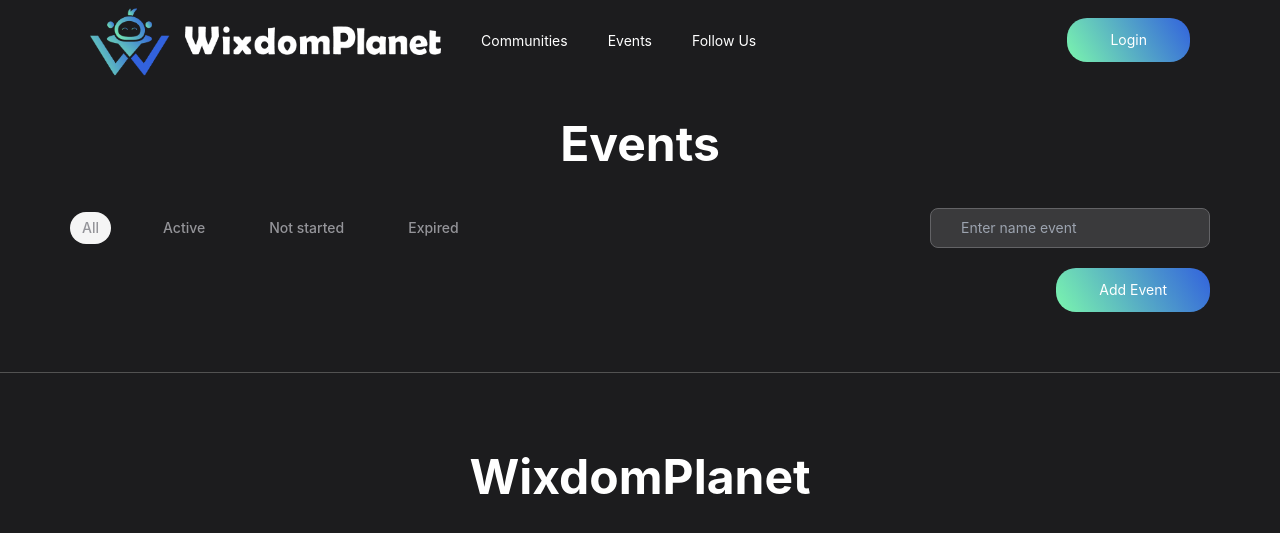
Repository: haudnn/WixdomPlanet-demo
Page: /
An editor plug-in stored every save of this project. The page is shown before and after the next save, followed by the edit.
The browser window is 1280 px wide. The pictures show the whole page.
The project was rebuilt for these pictures with package versions that can differ from the ones it lists, and the page was loaded fresh each time. Also part of the build but not shown: vite.config.js, src/features/Event/page/AddEvent.jsx, src/features/Event/components/EventItem.jsx.

Above is the page before, as saved 2023-02-04 14:47:51.

### src/App.jsx
import "./App.css";
import { BrowserRouter } from "react-router-dom";
import Header from "./components/Layout/Header";
import RoutesConfig from "./config/RoutesConfig";
import Footer from "./components/Layout/Footer";
function App() {
  return (
    <div className="App bg-[#1c1c1e] min-h-screen">
      <BrowserRouter>
        <Header />
        <RoutesConfig/>
        <Footer/>
      </BrowserRouter>
    </div>
  );
}

export default App;

### src/index.css
@tailwind base;
@tailwind components;
@tailwind utilities;

:root {
  font-family: Inter, system-ui, Avenir, Helvetica, Arial, sans-serif;
}

### src/App.css
.active {
    background-color:#f5f5f5 ;
    border-radius: 100px;
    color: #525252;
}
.grid {
    width: 100% !important;
    display: block !important;
    padding: 0;
}

.grid.wide {
    max-width: 1200px;
    margin: 0 auto;
}

.row {
    display: flex;
    flex-wrap: wrap;
    margin-left: -4px;
    margin-right: -4px;
}

.row.no-gutters {
    margin-left: 0;
    margin-right: 0;
}

.col {
    padding-left: 4px;
    padding-right: 4px;
}

.row.no-gutters .col {
    padding-left: 0;
    padding-right: 0;
}

.c-0 {
    display: none;
}

.c-1 {
    flex: 0 0 8.33333%;
    max-width: 8.33333%;
}

.c-2 {
    flex: 0 0 16.66667%;
    max-width: 16.66667%;
}

.c-3 {
    flex: 0 0 25%;
    max-width: 25%;
}

.c-4 {
    flex: 0 0 33.33333%;
    max-width: 33.33333%;
}

.c-5 {
    flex: 0 0 41.66667%;
    max-width: 41.66667%;
}

.c-6 {
    flex: 0 0 50%;
    max-width: 50%;
}

.c-7 {
    flex: 0 0 58.33333%;
    max-width: 58.33333%;
}

.c-8 {
    flex: 0 0 66.66667%;
    max-width: 66.66667%;
}

.c-9 {
    flex: 0 0 75%;
    max-width: 75%;
}

.c-10 {
    flex: 0 0 83.33333%;
    max-width: 83.33333%;
}

.c-11 {
    flex: 0 0 91.66667%;
    max-width: 91.66667%;
}

.c-12 {
    flex: 0 0 100%;
    max-width: 100%;
}

.c-o-1 {
    margin-left: 8.33333%;
}

.c-o-2 {
    margin-left: 16.66667%;
}

.c-o-3 {
    margin-left: 25%;
}

.c-o-4 {
    margin-left: 33.33333%;
}

.c-o-5 {
    margin-left: 41.66667%;
}

.c-o-6 {
    margin-left: 50%;
}

.c-o-7 {
    margin-left: 58.33333%;
}

.c-o-8 {
    margin-left: 66.66667%;
}

.c-o-9 {
    margin-left: 75%;
}

.c-o-10 {
    margin-left: 83.33333%;
}

.c-o-11 {
    margin-left: 91.66667%;
}

/* >= Tablet */
@media (min-width: 740px) {
    .row {
        margin-left: -8px;
        margin-right: -8px;
    }

    .col {
        padding-left: 8px;
        padding-right: 8px;
    }

    .m-0 {
        display: none;
    }

    .m-1,
    .m-2,
    .m-3,
    .m-4,
    .m-5,
    .m-6,
    .m-7,
    .m-8,
    .m-9,
    .m-10,
    .m-11,
    .m-12 {
        display: block;
    }

    .m-1 {
        flex: 0 0 8.33333%;
        max-width: 8.33333%;
    }

    .m-2 {
        flex: 0 0 16.66667%;
        max-width: 16.66667%;
    }

    .m-3 {
        flex: 0 0 25%;
        max-width: 25%;
    }

    .m-4 {
        flex: 0 0 33.33333%;
        max-width: 33.33333%;
    }

    .m-5 {
        flex: 0 0 41.66667%;
        max-width: 41.66667%;
    }

    .m-6 {
        flex: 0 0 50%;
        max-width: 50%;
    }

    .m-7 {
        flex: 0 0 58.33333%;
        max-width: 58.33333%;
    }

    .m-8 {
        flex: 0 0 66.66667%;
        max-width: 66.66667%;
    }

    .m-9 {
        flex: 0 0 75%;
        max-width: 75%;
    }

    .m-10 {
        flex: 0 0 83.33333%;
        max-width: 83.33333%;
    }

    .m-11 {
        flex: 0 0 91.66667%;
        max-width: 91.66667%;
    }

    .m-12 {
        flex: 0 0 100%;
        max-width: 100%;
    }

    .m-o-1 {
        margin-left: 8.33333%;
    }

    .m-o-2 {
        margin-left: 16.66667%;
    }

    .m-o-3 {
        margin-left: 25%;
    }

    .m-o-4 {
        margin-left: 33.33333%;
    }

    .m-o-5 {
        margin-left: 41.66667%;
    }

    .m-o-6 {
        margin-left: 50%;
    }

    .m-o-7 {
        margin-left: 58.33333%;
    }

    .m-o-8 {
        margin-left: 66.66667%;
    }

    .m-o-9 {
        margin-left: 75%;
    }

    .m-o-10 {
        margin-left: 83.33333%;
    }

    .m-o-11 {
        margin-left: 91.66667%;
    }
}

/* PC medium resolution > */
@media (min-width: 1113px) {
    .row {
        margin-left: -12px;
        margin-right: -12px;
    }

    .row.sm-gutter {
        margin-left: -5px;
        margin-right: -5px;
    }

    .col {
        padding-left: 12px;
        padding-right: 12px;
    }

    .row.sm-gutter .col {
        padding-left: 5px;
        padding-right: 5px;
    }

    .l-0 {
        display: none;
    }

    .l-1,
    .l-2,
    .l-2-4,
    .l-3,
    .l-4,
    .l-5,
    .l-6,
    .l-7,
    .l-8,
    .l-9,
    .l-10,
    .l-11,
    .l-12 {
        display: block;
    }

    .l-1 {
        flex: 0 0 8.33333%;
        max-width: 8.33333%;
    }

    .l-2 {
        flex: 0 0 16.66667%;
        max-width: 16.66667%;
    }

    .l-2-4 {
        flex: 0 0 20%;
        max-width: 20%;
    }

    .l-3 {
        flex: 0 0 25%;
        max-width: 25%;
    }

    .l-4 {
        flex: 0 0 33.33333%;
        max-width: 33.33333%;
    }

    .l-5 {
        flex: 0 0 41.66667%;
        max-width: 41.66667%;
    }

    .l-6 {
        flex: 0 0 50%;
        max-width: 50%;
    }

    .l-7 {
        flex: 0 0 58.33333%;
        max-width: 58.33333%;
    }

    .l-8 {
        flex: 0 0 66.66667%;
        max-width: 66.66667%;
    }

    .l-9 {
        flex: 0 0 75%;
        max-width: 75%;
    }

    .l-10 {
        flex: 0 0 83.33333%;
        max-width: 83.33333%;
    }

    .l-11 {
        flex: 0 0 91.66667%;
        max-width: 91.66667%;
    }

    .l-12 {
        flex: 0 0 100%;
        max-width: 100%;
    }

    .l-o-1 {
        margin-left: 8.33333%;
    }

    .l-o-2 {
        margin-left: 16.66667%;
    }

    .l-o-3 {
        margin-left: 25%;
    }

    .l-o-4 {
        margin-left: 33.33333%;
    }

    .l-o-5 {
        margin-left: 41.66667%;
    }

    .l-o-6 {
        margin-left: 50%;
    }

    .l-o-7 {
        margin-left: 58.33333%;
    }

    .l-o-8 {
        margin-left: 66.66667%;
    }

    .l-o-9 {
        margin-left: 75%;
    }

    .l-o-10 {
        margin-left: 83.33333%;
    }

    .l-o-11 {
        margin-left: 91.66667%;
    }
}

/* Tablet - PC low resolution */
@media (min-width: 740px) and (max-width: 1023px) {
    .wide {
        width: 644px;
    }
}

/* > PC low resolution */
@media (min-width: 1024px) and (max-width: 1239px) {
    .wide {
        width: 984px;
    }

    .wide .row {
        margin-left: -12px;
        margin-right: -12px;
    }

    .wide .row.sm-gutter {
        margin-left: -5px;
        margin-right: -5px;
    }

    .wide .col {
        padding-left: 12px;
        padding-right: 12px;
    }

    .wide .row.sm-gutter .col {
        padding-left: 5px;
        padding-right: 5px;
    }

    .wide .l-0 {
        display: none;
    }

    .wide .l-1,
    .wide .l-2,
    .wide .l-2-4,
    .wide .l-3,
    .wide .l-4,
    .wide .l-5,
    .wide .l-6,
    .wide .l-7,
    .wide .l-8,
    .wide .l-9,
    .wide .l-10,
    .wide .l-11,
    .wide .l-12 {
        display: block;
    }

    .wide .l-1 {
        flex: 0 0 8.33333%;
        max-width: 8.33333%;
    }

    .wide .l-2 {
        flex: 0 0 16.66667%;
        max-width: 16.66667%;
    }

    .wide .l-2-4 {
        flex: 0 0 20%;
        max-width: 20%;
    }

    .wide .l-3 {
        flex: 0 0 25%;
        max-width: 25%;
    }

    .wide .l-4 {
        flex: 0 0 33.33333%;
        max-width: 33.33333%;
    }

    .wide .l-5 {
        flex: 0 0 41.66667%;
        max-width: 41.66667%;
    }

    .wide .l-6 {
        flex: 0 0 50%;
        max-width: 50%;
    }

    .wide .l-7 {
        flex: 0 0 58.33333%;
        max-width: 58.33333%;
    }

    .wide .l-8 {
        flex: 0 0 66.66667%;
        max-width: 66.66667%;
    }

    .wide .l-9 {
        flex: 0 0 75%;
        max-width: 75%;
    }

    .wide .l-10 {
        flex: 0 0 83.33333%;
        max-width: 83.33333%;
    }

    .wide .l-11 {
        flex: 0 0 91.66667%;
        max-width: 91.66667%;
    }

    .wide .l-12 {
        flex: 0 0 100%;
        max-width: 100%;
    }

    .wide .l-o-1 {
        margin-left: 8.33333%;
    }

    .wide .l-o-2 {
        margin-left: 16.66667%;
    }

    .wide .l-o-3 {
        margin-left: 25%;
    }

    .wide .l-o-4 {
        margin-left: 33.33333%;
    }

    .wide .l-o-5 {
        margin-left: 41.66667%;
    }

    .wide .l-o-6 {
        margin-left: 50%;
    }

    .wide .l-o-7 {
        margin-left: 58.33333%;
    }

    .wide .l-o-8 {
        margin-left: 66.66667%;
    }

    .wide .l-o-9 {
        margin-left: 75%;
    }

    .wide .l-o-10 {
        margin-left: 83.33333%;
    }

    .wide .l-o-11 {
        margin-left: 91.66667%;
    }
}

### src/components/Layout/Header.jsx
import React from 'react'
import { Link } from 'react-router-dom'
import logo from "../../assets/imgs/logo.png"
const Header = () => {
  return (
    <header className='h-[80px]'>
        <div className='max-w-[1140px] my-0 mx-auto h-full px-5'>
            <div className='flex items-center justify-between h-full'>
                <div className='flex items-center gap-x-10'>
                    <div className='h-[80px]'>
                        <Link to="/">
                            <img src={logo} alt="Logo" className='w-full h-full object-cover' />
                        </Link>
                    </div>
                    <ul className='flex items-center gap-x-10'>
                        <li>
                            <Link className='text-sm text-white' to="/communities">Communities</Link>
                        </li>
                        <li>
                            <Link className='text-sm text-white' to="/events">Events</Link>
                        </li>
                        <li>
                            <Link className='text-sm text-white' to="/follow">Follow Us</Link>
                        </li>
                    </ul>
                </div>
                <button style={{background: "linear-gradient(239deg,#3262dd,#7af4ae 98.78%)"}} className='text-sm text-white rounded-[20px] py-3 px-[43px]'>
                    <Link to="/login">Login</Link>
                </button>
            </div>
        </div>
    </header>
  )
}

export default Header

### src/config/RoutesConfig.jsx
import { Routes, Route } from 'react-router-dom';
import routes from '../constants/routes';
function RoutesConfig() {
  return (
    <Routes>
      {routes.map(({ path, component }) => (
        <Route key={path} path={path} element={component} />
      ))}
    </Routes>
  );
}
export default RoutesConfig;

### src/components/Layout/Footer.jsx
import React from 'react'

const Footer = () => {
  return (
    <footer className='border-t border-solid border-[#525252]'>
        <div className='max-w-[1140px] my-0 mx-auto px-5'>
            <div className="pt-[80px] pb-[48px] text-center text-white text-5xl font-bold">
               WixdomPlanet
            </div>
        </div>
    </footer>
  )
}

export default Footer

### src/constants/routes.jsx
import AddEvent from "../features/Event/page/AddEvent";
import Home from "../features/Home";

const routes = [
    {
      path: '/',
      component: <Home/>,
    },
    {
        path: '/add',
        component: <AddEvent/>,
      },
]
export default routes;

### src/features/Home.jsx
import React, { useEffect, useState } from "react";
import { Link } from "react-router-dom";
import { useLocalStorage } from "../hooks";
import Event from "./Event/page/Event";

const categorise = [
  {
    id: 0,
    name: "All",
  },
  {
    id: 1,
    name: "Active",
  },
  {
    id: 2,
    name: "Not started",
  },
  {
    id: 3,
    name: "Expired",
  },
];
const Home = () => {
  const events = useLocalStorage();
  const [selectedCategoryId, setSelectedCategoryId] = useState(0);
  const [filteredEvents, setFilteredEvents] = useState([])
  useEffect(() => {
    setFilteredEvents(events)
  }, [events])
  const handleFilterEvents = (categoryId) => {
    if(categoryId === 0) {
      setFilteredEvents(events)
    }
    else {
      const filterEvents = events.filter((event) => {
        return categorise[categoryId].name === event.statusEvent ;
      })
      setFilteredEvents(filterEvents)
    }
    setSelectedCategoryId(categoryId)
  }
  return (
    <section className="home py-10 max-w-[1140px] my-0 mx-auto">
      <div className="text-center">
        <span className="text-white font-bold text-5xl">Events</span>
      </div>
      <div className="mt-10 flex items-center justify-between">
        <ul className="flex items-center gap-x-10">
          {categorise.map((category) => (
            <li
              onClick={() => handleFilterEvents(category.id)}
              key={category.id}
              name={category.name}
              className={`${
                selectedCategoryId === category.id ? "active" : ""
              } font-medium text-[#949499] px-3 py-[6px] cursor-pointer text-sm`}
            >
              {category.name}
            </li>
          ))}
        </ul>
        <div className="w-[280px]">
          <input
            type="text"
            placeholder="Enter name event"
            className="text-sm pl-[30px] pr-[15px] h-10 leading-10 border border-solid border-[#636366] inline-block w-full bg-[#3a3a3c] rounded-lg text-white"
          />
        </div>
      </div>
      <div className="my-5 flex justify-end">
        <Link
          to="/add"
          style={{
            background: "linear-gradient(239deg,#3262dd,#7af4ae 98.78%)",
          }}
          className=" block text-sm text-white rounded-[20px] py-3 px-[43px]"
        >
          Add Event
        </Link>
      </div>
      <div className="mt-5">
      <Event events={filteredEvents} />
      </div>
    </section>
  );
};

export default Home;

### src/hooks/index.js
import useLocalStorage from "./useLocalStorage";
import useCheckStatusEvent from "./useCheckStatusEvent";
export {
    useLocalStorage,
    useCheckStatusEvent
}

### src/features/Event/page/Event.jsx
import { Link } from "react-router-dom";
import EventItem from "../components/EventItem";
import React, { useEffect, useState } from "react";
const Event = ({events}) => {
  return (
    <div className="event">
      <div className="grid">
        <div className="row">
          {
            events.map((event, i) => (
              <EventItem
                key={i}
                name={event.name}
                reward={event.reward}
                file={event.file}
                introduction={event.introduction}
                during={event.during}
              ></EventItem>
            ))
          }
        </div>
      </div>
    </div>
  );
};

export default Event;

### src/hooks/useLocalStorage.js
import { useEffect, useState } from "react";

const useLocalStorage = () => {
    const [events, setEvents] = useState([]);
    // check if localStorage if haved  "events" in localStorage getelse set
    useEffect(() => {
        const isEnvents = JSON.parse(localStorage.getItem('events'));
        if (!isEnvents) {
            localStorage.setItem("events", JSON.stringify([]))
        }
        else{
            setEvents(isEnvents)
        }
      }, []);
    return events
}
export default useLocalStorage;

### src/hooks/useCheckStatusEvent.js
import { useMemo} from "react"

const useCheckStatusEvent = (startTime, endTime) => {
    const statusEvent = useMemo(() => {
        const currentTime = new Date().getTime();
        const startTimeConvert = new Date(startTime).getTime();
        const endTimeConvert = new Date(endTime).getTime();
        if (currentTime > endTimeConvert) return "Expired"
        if (currentTime >= startTimeConvert) {
            return "Active"
        }
        else {
            return "Not started"
        }
    }, [startTime, endTime])
    return statusEvent;
}
export default useCheckStatusEvent

Loaded but not shown: index.html (common file); src/main.jsx (common file); tailwind.config.cjs (common file)

After the next save:
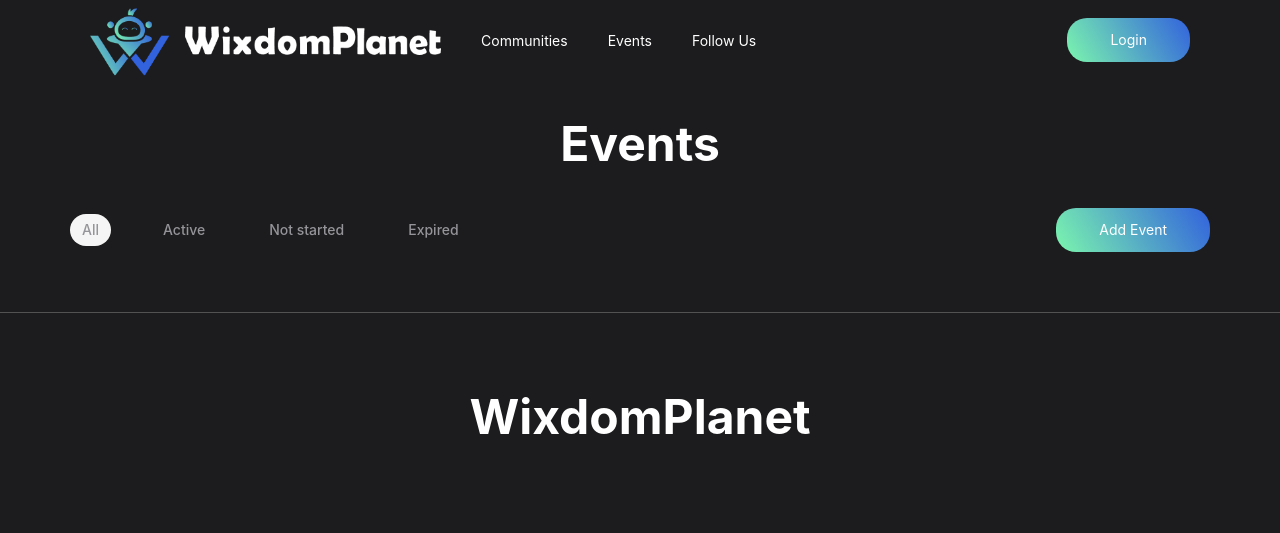
Saved 84 s later.
--- a/src/features/Home.jsx
+++ b/src/features/Home.jsx
@@ -60,15 +60,7 @@ const Home = () => {
             </li>
           ))}
         </ul>
-        <div className="w-[280px]">
-          <input
-            type="text"
-            placeholder="Enter name event"
-            className="text-sm pl-[30px] pr-[15px] h-10 leading-10 border border-solid border-[#636366] inline-block w-full bg-[#3a3a3c] rounded-lg text-white"
-          />
-        </div>
-      </div>
-      <div className="my-5 flex justify-end">
+        <div className="">
         <Link
           to="/add"
           style={{
@@ -79,6 +71,8 @@ const Home = () => {
           Add Event
         </Link>
       </div>
+      </div>
+
       <div className="mt-5">
       <Event events={filteredEvents} />
       </div>
